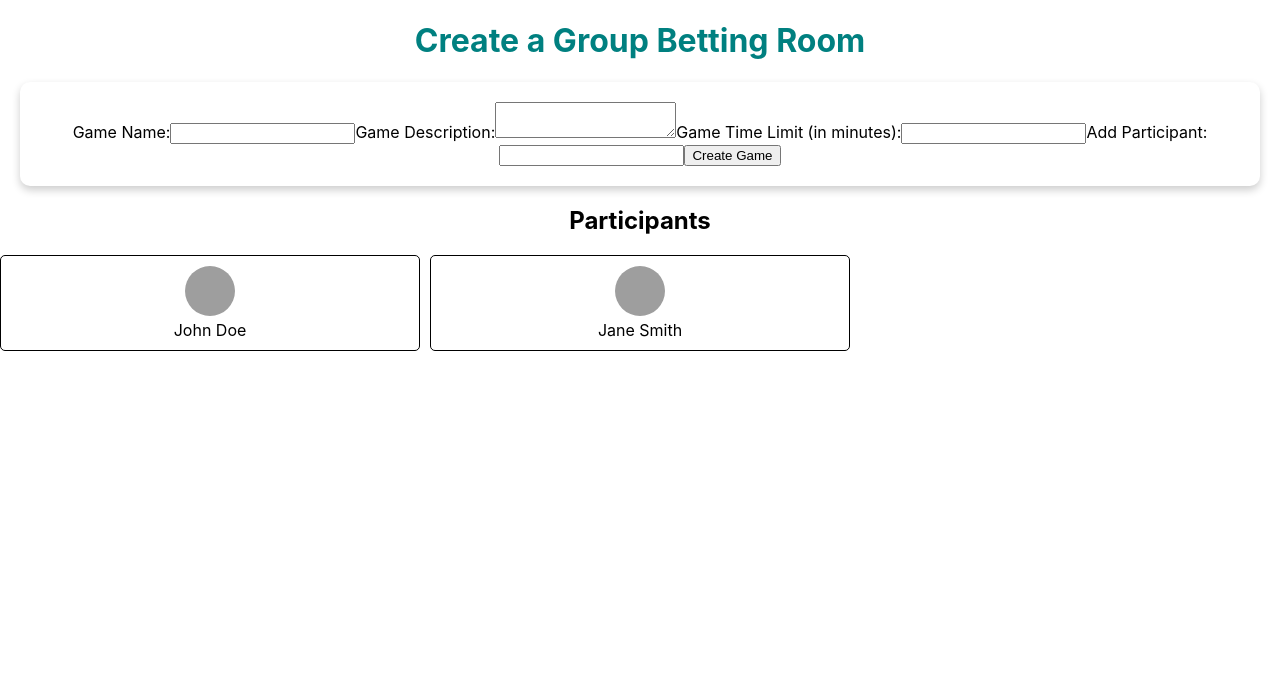
Repository: cis350/team_14_cis_3500_project_repo
Page: /create-room (app in frontend/shakeonit/)
An editor plug-in stored every save of this project. The page is shown before and after the next save, followed by the edit.
The browser window is 1280 px wide. The pictures show the whole page.
Pictures or frames that could not be fetched are drawn as grey boxes. The project was rebuilt for these pictures with package versions that can differ from the ones it lists, and the page was loaded fresh each time.

Above is the page before, as saved 2024-04-25 00:01:50.

### frontend/shakeonit/src/App.js
import logo from './logo.svg';
import './App.css';
import CreateBettingRoom from './CreateBettingRoom';

function App() {
  return (
    <div className="App">
      <CreateBettingRoom />
    </div>
  );
}

export default App;

### frontend/shakeonit/src/CreateBettingRoom.js
import React, { useState } from 'react';

function CreateBettingRoom() {
    const [gameName, setGameName] = useState('');
    const [gameDescription, setGameDescription] = useState('');
    const [participants, setParticipants] = useState([
        { name: "John Doe", img: "https://placekitten.com/100/100" },
        { name: "Jane Smith", img: "https://placekitten.com/101/101" }
    ]);
    const [gameTimeLimit, setGameTimeLimit] = useState('');

    const handleAddParticipant = (name) => {
        const img = `https://placekitten.com/${Math.floor(100 + Math.random() * 10)}/${Math.floor(100 + Math.random() * 10)}`;
        setParticipants(prev => [...prev, { name, img }]);
    }

    const handleSubmit = (event) => {
        event.preventDefault();
        console.log('Game Created:', { gameName, gameDescription, participants, gameTimeLimit });
        // You might want to send this data to your backend server here
    }

    return (
        <div>
            <h1 style={{ color: 'teal' }}>Create a Group Betting Room</h1>
            <div style={{ margin: '20px', padding: '20px', boxShadow: '0 4px 8px 0 rgba(0,0,0,0.2)', borderRadius: '10px', backgroundColor: '#fff' }}>
                <form onSubmit={handleSubmit}>
                    <label>
                        Game Name:
                        <input
                            type="text"
                            value={gameName}
                            onChange={e => setGameName(e.target.value)}
                            required
                        />
                    </label>
                    <label>
                        Game Description:
                        <textarea
                            value={gameDescription}
                            onChange={e => setGameDescription(e.target.value)}
                            required
                        />
                    </label>
                    <label>
                        Game Time Limit (in minutes):
                        <input
                            type="number"
                            value={gameTimeLimit}
                            onChange={e => setGameTimeLimit(e.target.value)}
                            required
                        />
                    </label>
                    <label>
                        Add Participant:
                        <input
                            type="text"
                            onKeyDown={e => {
                                if (e.key === 'Enter') {
                                    e.preventDefault();
                                    handleAddParticipant(e.target.value);
                                    e.target.value = ''; // Clear the input after adding
                                }
                            }}
                        />
                    </label>
                    <button type="submit">Create Game</button>
                </form>
            </div>

            <h2>Participants</h2>
            <div style={{ display: 'grid', gridTemplateColumns: 'repeat(3, 1fr)', gap: '10px' }}>
                {participants.map((participant, index) => (
                    <div key={index} style={{ padding: '10px', border: '1px solid black', borderRadius: '5px', textAlign: 'center' }}>
                        <img src={participant.img} alt="Participant" style={{ width: '50px', height: '50px', borderRadius: '50%' }} />
                        <div>{participant.name}</div>
                    </div>
                ))}
            </div>
        </div>
    );
}

export default CreateBettingRoom;

Loaded but not shown: frontend/shakeonit/public/index.html (common file); frontend/shakeonit/src/index.js (common file); frontend/shakeonit/src/index.css (common file); frontend/shakeonit/src/reportWebVitals.js (common file); frontend/shakeonit/src/App.css (common file)

After the next save:
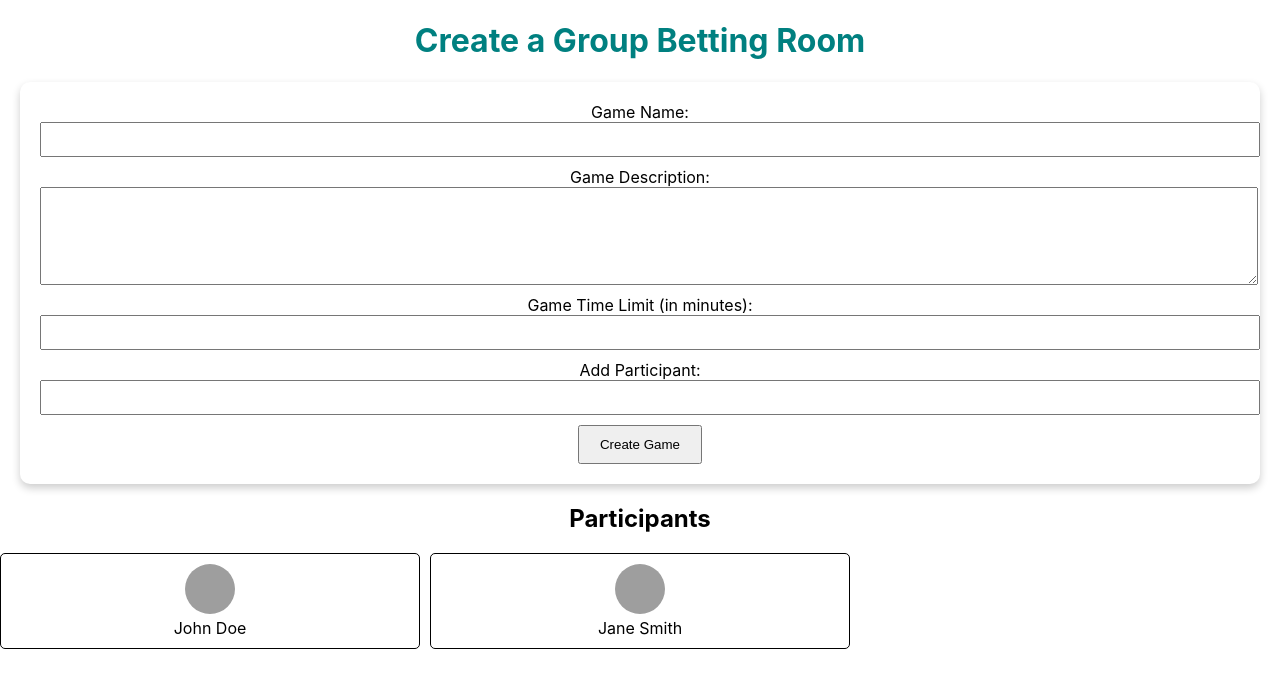
Saved 112 s later.
--- a/frontend/shakeonit/src/CreateBettingRoom.js
+++ b/frontend/shakeonit/src/CreateBettingRoom.js
@@ -25,46 +25,58 @@ function CreateBettingRoom() {
             <h1 style={{ color: 'teal' }}>Create a Group Betting Room</h1>
             <div style={{ margin: '20px', padding: '20px', boxShadow: '0 4px 8px 0 rgba(0,0,0,0.2)', borderRadius: '10px', backgroundColor: '#fff' }}>
                 <form onSubmit={handleSubmit}>
-                    <label>
-                        Game Name:
-                        <input
-                            type="text"
-                            value={gameName}
-                            onChange={e => setGameName(e.target.value)}
-                            required
-                        />
-                    </label>
-                    <label>
-                        Game Description:
-                        <textarea
-                            value={gameDescription}
-                            onChange={e => setGameDescription(e.target.value)}
-                            required
-                        />
-                    </label>
-                    <label>
-                        Game Time Limit (in minutes):
-                        <input
-                            type="number"
-                            value={gameTimeLimit}
-                            onChange={e => setGameTimeLimit(e.target.value)}
-                            required
-                        />
-                    </label>
-                    <label>
-                        Add Participant:
-                        <input
-                            type="text"
-                            onKeyDown={e => {
-                                if (e.key === 'Enter') {
-                                    e.preventDefault();
-                                    handleAddParticipant(e.target.value);
-                                    e.target.value = ''; // Clear the input after adding
-                                }
-                            }}
-                        />
-                    </label>
-                    <button type="submit">Create Game</button>
+                    <div style={{ marginBottom: '10px' }}>
+                        <label>
+                            Game Name:
+                            <input
+                                type="text"
+                                value={gameName}
+                                onChange={e => setGameName(e.target.value)}
+                                required
+                                style={{ display: 'block', width: '100%', padding: '8px' }}
+                            />
+                        </label>
+                    </div>
+                    <div style={{ marginBottom: '10px' }}>
+                        <label>
+                            Game Description:
+                            <textarea
+                                value={gameDescription}
+                                onChange={e => setGameDescription(e.target.value)}
+                                required
+                                style={{ display: 'block', width: '100%', padding: '8px', height: '80px' }}
+                            />
+                        </label>
+                    </div>
+                    <div style={{ marginBottom: '10px' }}>
+                        <label>
+                            Game Time Limit (in minutes):
+                            <input
+                                type="number"
+                                value={gameTimeLimit}
+                                onChange={e => setGameTimeLimit(e.target.value)}
+                                required
+                                style={{ display: 'block', width: '100%', padding: '8px' }}
+                            />
+                        </label>
+                    </div>
+                    <div style={{ marginBottom: '10px' }}>
+                        <label>
+                            Add Participant:
+                            <input
+                                type="text"
+                                onKeyDown={e => {
+                                    if (e.key === 'Enter') {
+                                        e.preventDefault();
+                                        handleAddParticipant(e.target.value);
+                                        e.target.value = ''; // Clear the input after adding
+                                    }
+                                }}
+                                style={{ display: 'block', width: '100%', padding: '8px' }}
+                            />
+                        </label>
+                    </div>
+                    <button type="submit" style={{ padding: '10px 20px' }}>Create Game</button>
                 </form>
             </div>
 
